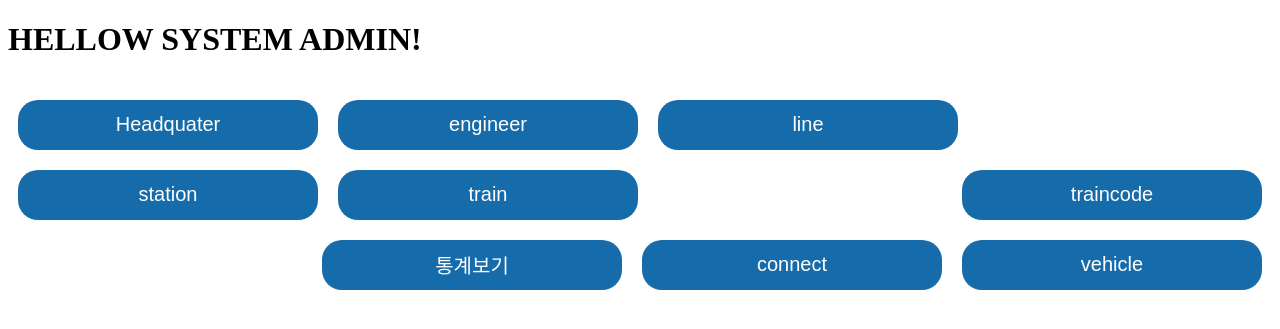
Repository: CISXO/JSP
Page: http://localhost/DB_Project/Sys_admin.jsp
An editor plug-in stored every save of this project. The page is shown before and after the next save, followed by the edit.
The browser window is 1280 px wide. The pictures show the whole page.
The page is served by Tomcat 9.

Above is the page before, as saved 2022-12-21 09:59:24.

After the next save:
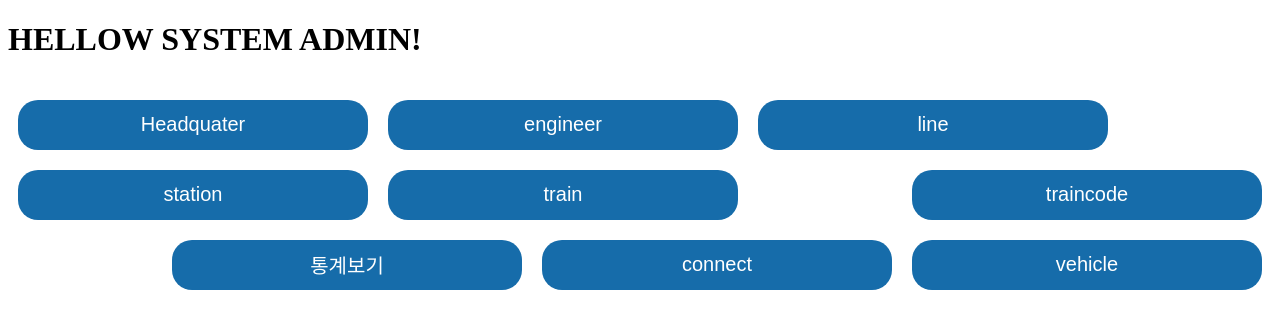
Saved 13 s later.
--- a/DbProject/DB_Project/src/main/webapp/Sys_admin.jsp
+++ b/DbProject/DB_Project/src/main/webapp/Sys_admin.jsp
@@ -15,7 +15,7 @@ float:right;
 
 }
 #loginButton{
-width: 300px;
+width: 350px;
     height: 50px;
     margin: 0px 10px;
     color: #fff;
